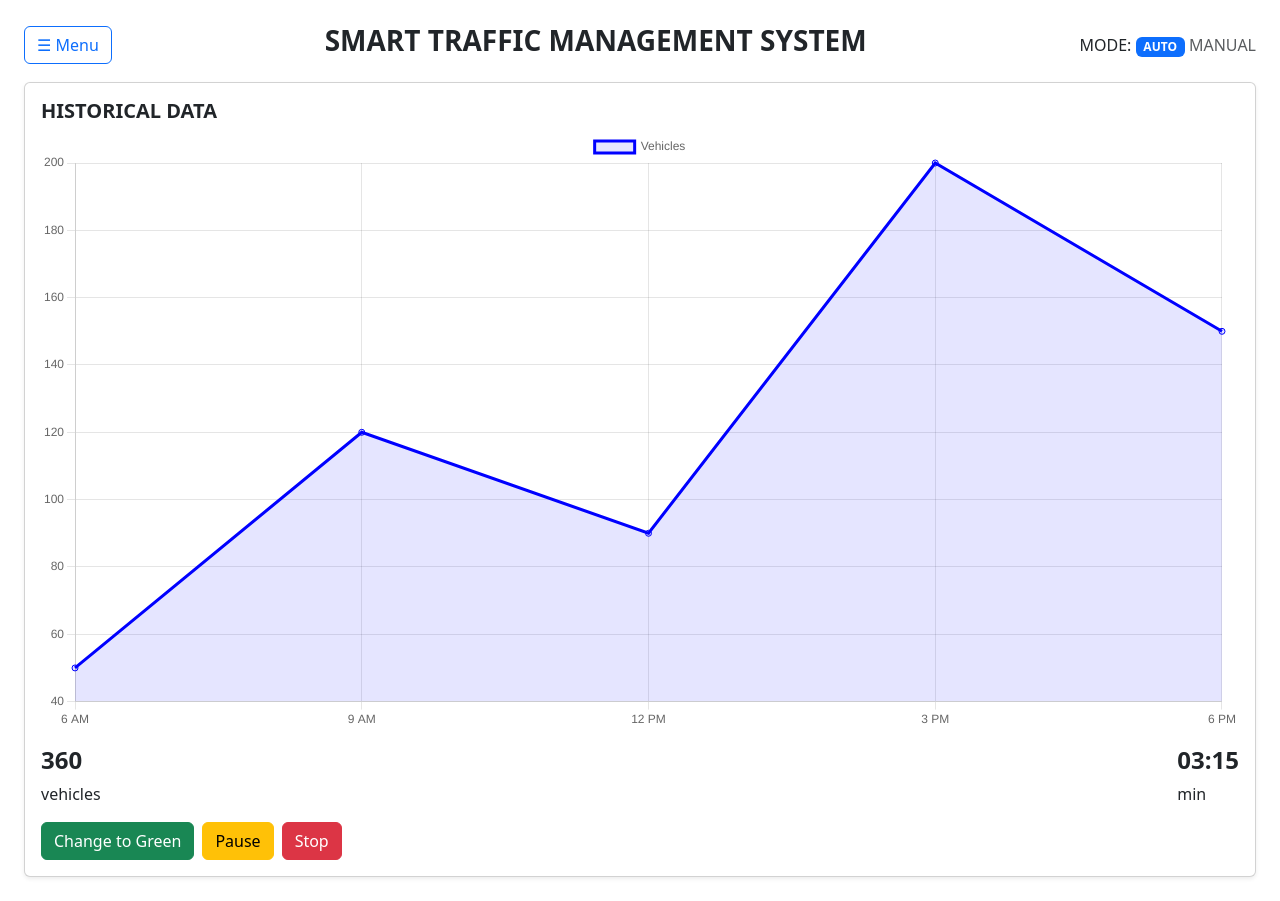
Repository: ayushkrpal/traffic-dashboard
Page: http://localhost/historical
An editor plug-in stored every save of this project. The page is shown before and after the next save, followed by the edit.
The browser window is 1280 px wide. The pictures show the whole page.
The page is served by the project's Node server (server.js).

Above is the page before, as saved 2025-09-02 15:27:19.

After the next save:
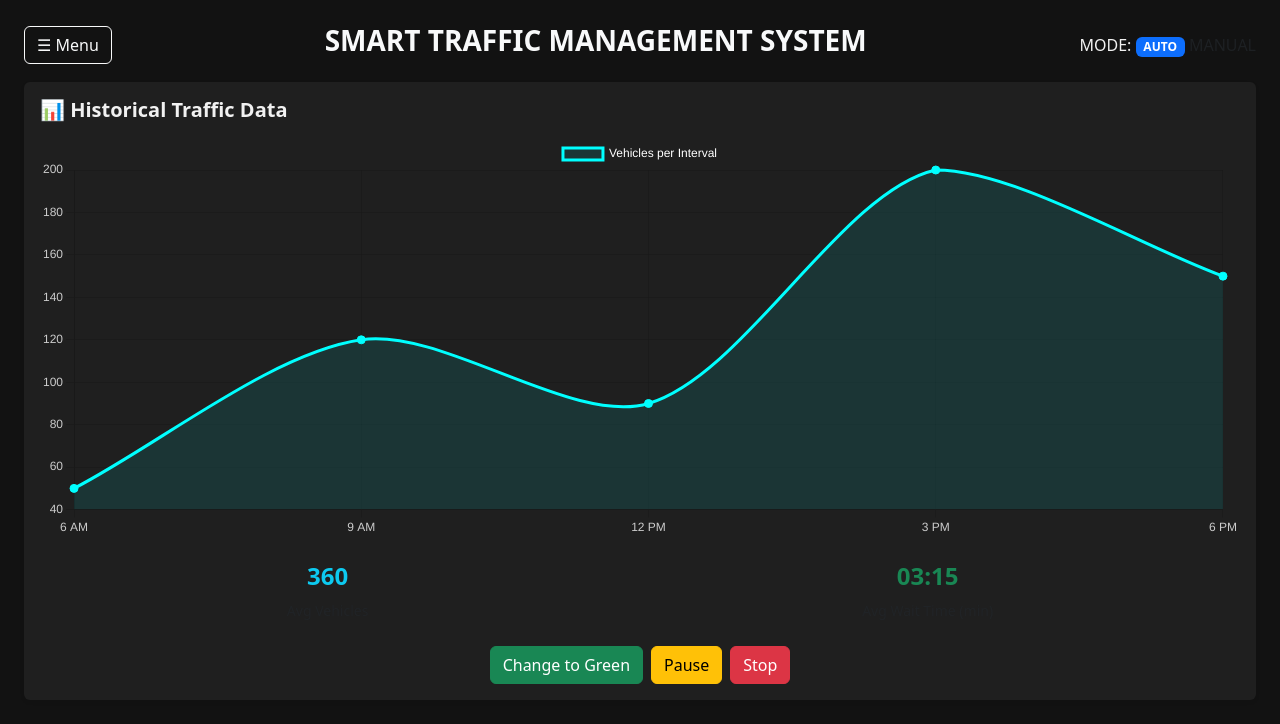
Saved 2 min 3 s later.
--- a/views/historical.ejs
+++ b/views/historical.ejs
@@ -5,15 +5,37 @@
   <title>Historical Data</title>
   <link href="https://cdn.jsdelivr.net/npm/bootstrap@5.3.0/dist/css/bootstrap.min.css" rel="stylesheet">
   <style>
+    body {
+      background-color: #121212;
+      color: #f1f1f1;
+    }
     .btn-custom {
       transition: all 0.3s ease;
     }
     .btn-custom:hover {
       transform: scale(1.05);
-      box-shadow: 0 4px 12px rgba(0,0,0,0.2);
+      box-shadow: 0 4px 12px rgba(0,0,0,0.5);
     }
-    .offcanvas-header {
-      border-bottom: 1px solid #dee2e6;
+    .offcanvas-dark {
+      background-color: #1e1e1e;
+      color: #f8f9fa;
+    }
+    .offcanvas-dark .offcanvas-header {
+      border-bottom: 1px solid #333;
+    }
+    .offcanvas-dark .nav-link {
+      color: #f8f9fa;
+    }
+    .offcanvas-dark .nav-link:hover {
+      color: #0d6efd;
+    }
+    .card {
+      background-color: #1f1f1f;
+      color: #f1f1f1;
+      border: none;
+    }
+    canvas {
+      max-height: 400px;
     }
   </style>
 </head>
@@ -22,18 +44,18 @@
 
     <!-- Topbar -->
     <div class="d-flex justify-content-between align-items-center mb-3">
-      <button class="btn btn-outline-primary" data-bs-toggle="offcanvas" data-bs-target="#sidebarMenu">
+      <button class="btn btn-outline-light" data-bs-toggle="offcanvas" data-bs-target="#sidebarMenu">
         ☰ Menu
       </button>
-      <h3 class="fw-bold">SMART TRAFFIC MANAGEMENT SYSTEM</h3>
+      <h3 class="fw-bold text-light">SMART TRAFFIC MANAGEMENT SYSTEM</h3>
       <div>MODE: <span class="badge bg-primary">AUTO</span> <span class="text-muted">MANUAL</span></div>
     </div>
 
     <!-- Offcanvas Sidebar -->
-    <div class="offcanvas offcanvas-start" tabindex="-1" id="sidebarMenu">
+    <div class="offcanvas offcanvas-start offcanvas-dark" tabindex="-1" id="sidebarMenu">
       <div class="offcanvas-header">
         <h5 class="offcanvas-title">Smart Traffic</h5>
-        <button type="button" class="btn-close" data-bs-dismiss="offcanvas"></button>
+        <button type="button" class="btn-close btn-close-white" data-bs-dismiss="offcanvas"></button>
       </div>
       <div class="offcanvas-body">
         <ul class="nav flex-column">
@@ -46,16 +68,28 @@
 
     <!-- Main Content -->
     <div class="card p-3 shadow-sm">
-      <h5 class="fw-bold">HISTORICAL DATA</h5>
+      <h5 class="fw-bold mb-3">📊 Historical Traffic Data</h5>
+
+      <!-- Chart -->
       <canvas id="historyChart"></canvas>
-      <div class="d-flex justify-content-between mt-3">
-        <div><h4 class="fw-bold"><%= averageVehicles %></h4> vehicles</div>
-        <div><h4 class="fw-bold"><%= avgTime %></h4> min</div>
+
+      <!-- Stats -->
+      <div class="d-flex justify-content-around mt-4">
+        <div class="text-center">
+          <h4 class="fw-bold text-info"><%= averageVehicles %></h4>
+          <small class="text-muted">Avg Vehicles</small>
+        </div>
+        <div class="text-center">
+          <h4 class="fw-bold text-success"><%= avgTime %></h4>
+          <small class="text-muted">Avg Wait Time (min)</small>
+        </div>
       </div>
-      <div class="mt-3 d-flex gap-2">
-        <button class="btn btn-success btn-custom">Change to Green</button>
-        <button class="btn btn-warning btn-custom">Pause</button>
-        <button class="btn btn-danger btn-custom">Stop</button>
+
+      <!-- Actions -->
+      <div class="mt-4 d-flex gap-2 justify-content-center">
+        <button class="btn btn-success btn-custom" onclick="location.href='/signal'">Change to Green</button>
+        <button class="btn btn-warning btn-custom" onclick="location.href='/pause'">Pause</button>
+        <button class="btn btn-danger btn-custom" onclick="location.href='/stop'">Stop</button>
       </div>
     </div>
   </div>
@@ -63,20 +97,30 @@
   <script src="https://cdn.jsdelivr.net/npm/bootstrap@5.3.0/dist/js/bootstrap.bundle.min.js"></script>
   <script src="https://cdn.jsdelivr.net/npm/chart.js"></script>
   <script>
-    var ctx = document.getElementById('historyChart');
+    const ctx = document.getElementById('historyChart');
     new Chart(ctx, {
       type: 'line',
       data: {
         labels: <%- JSON.stringify(labels) %>,
         datasets: [{
-          label: 'Vehicles',
+          label: 'Vehicles per Interval',
           data: <%- JSON.stringify(data) %>,
-          borderColor: 'blue',
-          backgroundColor: 'rgba(0,0,255,0.1)',
-          fill: true
+          borderColor: 'cyan',
+          backgroundColor: 'rgba(0,255,255,0.1)',
+          fill: true,
+          tension: 0.3,
+          pointRadius: 4,
+          pointBackgroundColor: 'cyan'
         }]
       },
-      options: { responsive: true }
+      options: {
+        responsive: true,
+        plugins: { legend: { display: true, labels: { color: 'white' } } },
+        scales: {
+          x: { ticks: { color: '#ccc' } },
+          y: { ticks: { color: '#ccc' } }
+        }
+      }
     });
   </script>
 </body>
